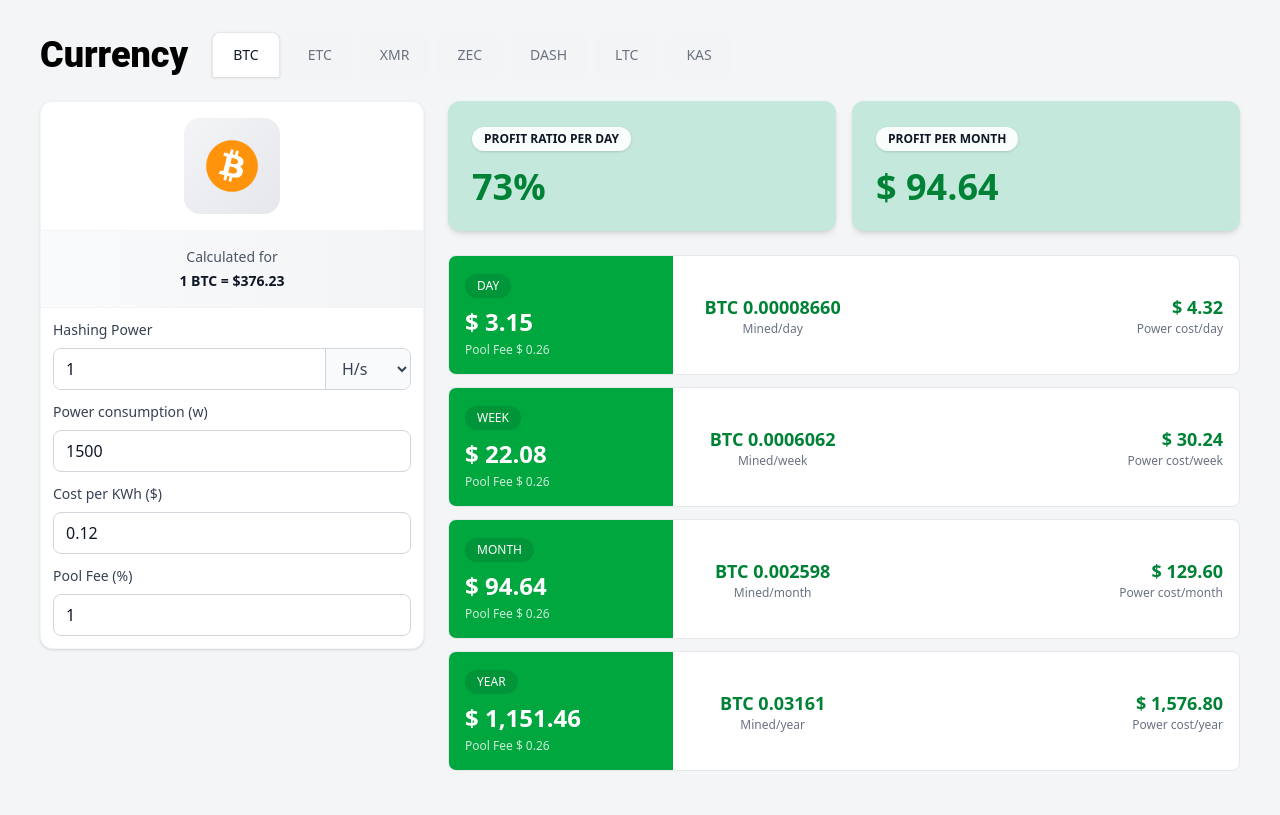
Repository: Bilal-Ahmad-CodeMaster/crypto-proj
Page: /
An editor plug-in stored every save of this project. The page is shown before and after the next save, followed by the edit.
The browser window is 1280 px wide. The pictures show the whole page.
The project was rebuilt for these pictures with package versions that can differ from the ones it lists, and the page was loaded fresh each time. The framework's server and built-in components were replaced by stand-ins that run in the browser. Also part of the build but not shown: next.config.ts.

Above is the page before, as saved 2025-11-25 22:38:42.

After the next save:
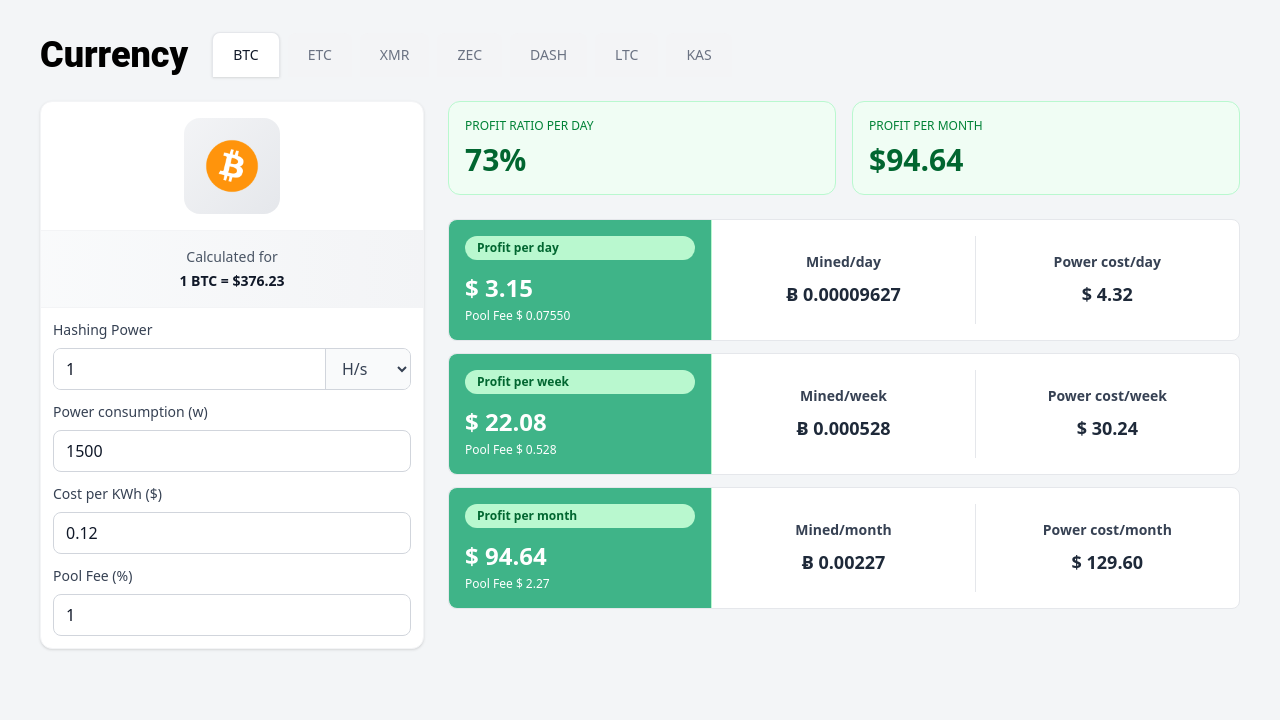
Saved 13 s later.
--- a/src/app/components/ResultCards.tsx
+++ b/src/app/components/ResultCards.tsx
@@ -1,66 +1,115 @@
 'use client'
 import React from 'react'
-
 
 interface StatRowProps {
     title: string;
     money: string;
     mined: string;
     powerCost: string;
+    poolFee: string;
     positive?: boolean;
 }
 
-function StatRow({ title, money, mined, powerCost, positive = true }: StatRowProps) {
+function StatRow({ title, money, mined, powerCost, poolFee, positive = true }: StatRowProps) {
     return (
-        <div className="mb-3 rounded-lg overflow-hidden flex border border-gray-200 bg-white">
-            <div className={`w-56 p-4 text-white ${positive ? 'bg-green-600' : 'bg-red-600'} profit-left`}>
-                <div className="text-xs uppercase bg-black/10 inline-block px-3 py-1 rounded-full mb-2">{title}</div>
-                <div className="text-2xl font-bold">{money}</div>
-                <div className="text-xs mt-1 opacity-80">Pool Fee $ 0.26</div>
-            </div>
+        <div className="mb-3 rounded-lg border border-gray-200 bg-white hover:shadow-sm transition-all">
+            <div className="flex">
+                {/* First part with background color */}
+                <div className={`w-1/3 p-4 rounded-l-lg ${positive ? 'bg-[#3FB488] border-r border-green-200' : 'bg-[#F15C5C] border-r border-red-200'}`}>
+                    <div className={`text-xs font-semibold px-3 py-1 rounded-full ${positive ? 'bg-green-200 text-green-800' : 'bg-red-200 text-red-800'} mb-3`}>
+                        Profit per {title.toLowerCase()}
+                    </div>
+                    <div className={`text-2xl font-bold mb-1 text-white`}>{money}</div>
+                    <div className={`text-xs text-white`}>Pool Fee {poolFee}</div>
+                </div>
 
+                {/* Second and third parts without background color */}
+                <div className="flex-1 grid grid-cols-2 items-center">
+                    {/* Mined Column */}
+                    <div className="text-center border-r border-gray-200 py-4">
+                        <div className="text-sm font-semibold text-gray-700 mb-2">Mined/{title.toLowerCase()}</div>
+                        <div className="text-lg font-bold text-gray-800">{mined}</div>
+                    </div>
 
-            <div className="flex-1 p-4 grid grid-cols-3 items-center gap-4">
-                <div className="text-center">
-                    <div className={`text-lg font-semibold ${positive ? 'text-green-700' : 'text-red-600'}`}>{mined}</div>
-                    <div className="text-xs text-gray-500">Mined/{title.toLowerCase()}</div>
-                </div>
-                <div className="text-right col-span-2">
-                    <div className={`text-lg font-semibold ${positive ? 'text-green-700' : 'text-red-600'}`}>{powerCost}</div>
-                    <div className="text-xs text-gray-500">Power cost/{title.toLowerCase()}</div>
+                    {/* Power Cost Column */}
+                    <div className="text-center py-4">
+                        <div className="text-sm font-semibold text-gray-700 mb-2">Power cost/{title.toLowerCase()}</div>
+                        <div className="text-lg font-bold text-gray-800">{powerCost}</div>
+                    </div>
                 </div>
             </div>
         </div>
     )
 }
 
-
 export default function ResultCards({ active }: { active: string }) {
-    // Example positive/negative toggles per currency
     const positive = active !== 'etc'
 
+    // Get currency symbol based on active tab
+    const getCurrencySymbol = () => {
+        switch (active.toLowerCase()) {
+            case 'btc': return 'Ƀ'
+            case 'etc': return 'Ξ'
+            case 'xmr': return 'ɱ'
+            case 'zec': return 'ⓩ'
+            case 'dash': return 'Đ'
+            case 'ltc': return 'Ł'
+            case 'kas': return 'Ҝ'
+            default: return 'Ƀ'
+        }
+    }
+
+    const currencySymbol = getCurrencySymbol()
 
     return (
         <div>
+            {/* Summary Cards */}
             <div className="grid grid-cols-2 gap-4 mb-6">
-                <div className={`rounded-xl p-6 shadow-md ${positive ? 'bg-[#C4E8DB]' : 'bg-[#FFE0E0]'}`}>
-                    <div className="text-xs font-semibold bg-white/90 inline-block px-3 py-1 rounded-full shadow">PROFIT RATIO PER DAY</div>
-                    <div className={`text-4xl font-bold mt-4 ${positive ? 'text-green-700' : 'text-red-700'}`}>{positive ? '73%' : '-70%'}</div>
+                <div className={`rounded-xl p-4 border ${positive ? 'bg-green-50 border-green-200' : 'bg-red-50 border-red-200'}`}>
+                    <div className={`text-xs font-medium ${positive ? 'text-green-700' : 'text-red-700'} mb-2`}>
+                        PROFIT RATIO PER DAY
+                    </div>
+                    <div className={`text-3xl font-bold ${positive ? 'text-green-800' : 'text-red-800'}`}>
+                        {positive ? '73%' : '-70%'}
+                    </div>
                 </div>
 
-
-                <div className={`rounded-xl p-6 shadow-md ${positive ? 'bg-[#C4E8DB]' : 'bg-[#FFE0E0]'}`}>
-                    <div className="text-xs font-semibold bg-white/90 inline-block px-3 py-1 rounded-full shadow">PROFIT PER MONTH</div>
-                    <div className={`text-4xl font-bold mt-4 ${positive ? 'text-green-700' : 'text-red-700'}`}>{positive ? '$ 94.64' : '$ -90.66'}</div>
+                <div className={`rounded-xl p-4 border ${positive ? 'bg-green-50 border-green-200' : 'bg-red-50 border-red-200'}`}>
+                    <div className={`text-xs font-medium ${positive ? 'text-green-700' : 'text-red-700'} mb-2`}>
+                        PROFIT PER MONTH
+                    </div>
+                    <div className={`text-3xl font-bold ${positive ? 'text-green-800' : 'text-red-800'}`}>
+                        {positive ? '$94.64' : '$ -90.66'}
+                    </div>
                 </div>
             </div>
 
-
+            {/* Time Period Cards */}
             <div>
-                <StatRow title="Day" money="$ 3.15" mined="BTC 0.00008660" powerCost="$ 4.32" positive={positive} />
-                <StatRow title="Week" money="$ 22.08" mined="BTC 0.0006062" powerCost="$ 30.24" positive={positive} />
-                <StatRow title="Month" money="$ 94.64" mined="BTC 0.002598" powerCost="$ 129.60" positive={positive} />
-                <StatRow title="Year" money="$ 1,151.46" mined="BTC 0.03161" powerCost="$ 1,576.80" positive={positive} />
+                <StatRow
+                    title="Day"
+                    money="$ 3.15"
+                    mined={`${currencySymbol} 0.00009627`}
+                    powerCost="$ 4.32"
+                    poolFee="$ 0.07550"
+                    positive={positive}
+                />
+                <StatRow
+                    title="Week"
+                    money="$ 22.08"
+                    mined={`${currencySymbol} 0.000528`}
+                    powerCost="$ 30.24"
+                    poolFee="$ 0.528"
+                    positive={positive}
+                />
+                <StatRow
+                    title="Month"
+                    money="$ 94.64"
+                    mined={`${currencySymbol} 0.00227`}
+                    powerCost="$ 129.60"
+                    poolFee="$ 2.27"
+                    positive={positive}
+                />
             </div>
         </div>
     )
